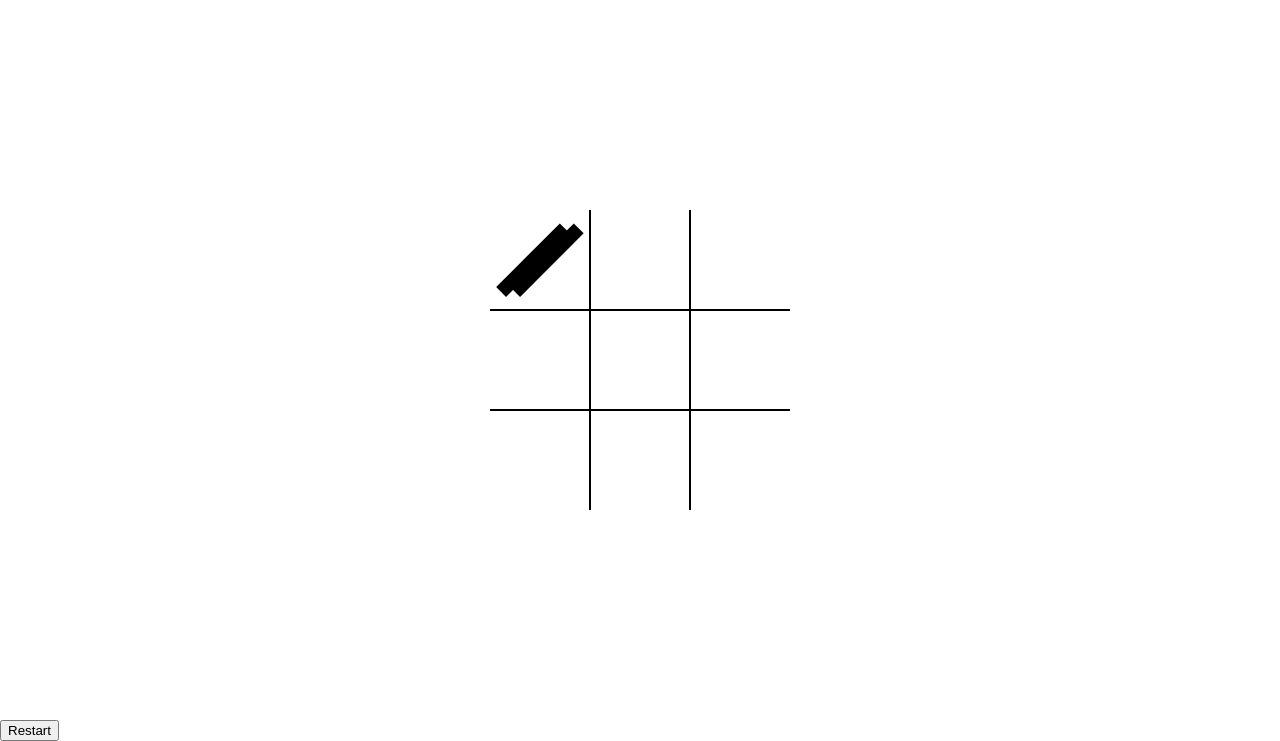
Repository: divya2/tic-toc-toe
Page: index.html
An editor plug-in stored every save of this project. The page is shown before and after the next save, followed by the edit.
The browser window is 1280 px wide. The pictures show the whole page.

Above is the page before, as saved 2020-10-29 21:08:48.
Not found: script.js

### index.html
<!DOCTYPE html>
<html lang="en">
<head>
    <meta charset="UTF-8">
    <meta name="viewport" content="width=device-width, initial-scale=1.0">
    <link rel="stylesheet" href="styles.css">
    <script src="script.js" defer></script>
    <title>Document</title>
</head>
<body>
    <div class="board" id="board">
        <div class="cell x" data-cell></div>
        <div class="cell" data-cell></div>
        <div class="cell" data-cell></div>
        <div class="cell" data-cell></div>
        <div class="cell" data-cell></div>
        <div class="cell" data-cell></div>
        <div class="cell" data-cell></div>
        <div class="cell" data-cell></div>
        <div class="cell" data-cell></div>
    </div>

    <div class="winning-message">
        <button id="restartButton">Restart</button>
    </div>
</body>
</html>

### styles.css
*, *::after, *::before {
    box-sizing: border-box;
}

:root {
    --cell-size: 100px;
    --mark-size: calc(var(--cell-size)* .9);
}
body {
    margin: 0;
}

.board {
    width: 100w;
    height: 100vh;
    display: grid;
    justify-content: center;
    align-content: center;
    justify-content: center;
    align-items: center;
    grid-template-columns: repeat(3,auto);
}

.cell {
    width: var(--cell-size);
    height: var(--cell-size);
    border: 1px solid black;
    display: flex;
    justify-content: center;
    align-items: center;
}

.cell:first-child,
.cell:nth-child(2),
.cell:nth-child(3){
    border-top: none;
}

.cell:nth-child(3n+1){
    border-left: none;
}

.cell:nth-child(3n+3){
    border-right: none;
}

.cell:last-child,
.cell:nth-child(8),
.cell:nth-child(7){
    border-bottom: none;
}

.cell.x::before,
.cell.x::after{
    content:'';
    width: calc(var(--mark-size)*.15);
    height: var(--mark-size);
    background-color: black;
}

.cell.x::after{
    transform: rotate(45deg);
}

.cell.x::before{
    transform: rotate(45deg);
}

After the next save:
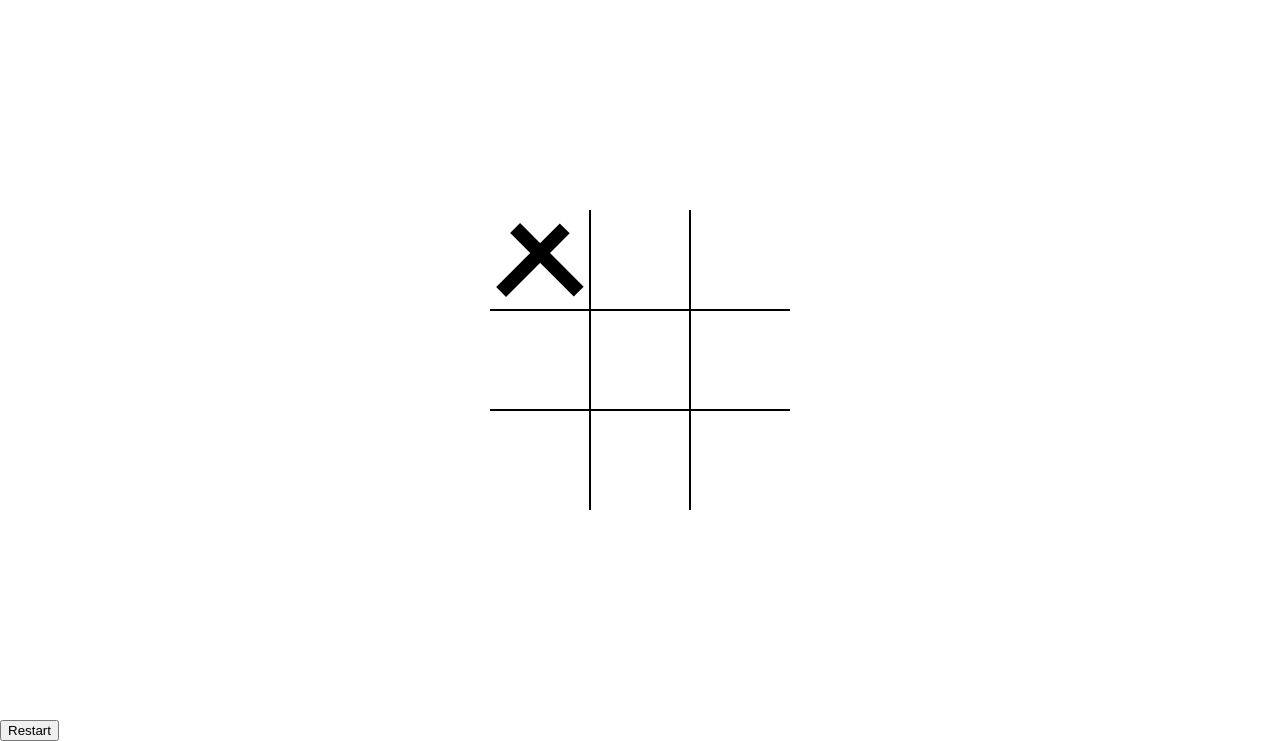
Saved 15 s later.
--- a/styles.css
+++ b/styles.css
@@ -59,7 +59,7 @@ body {
 }
 
 .cell.x::after{
-    transform: rotate(45deg);
+    transform: rotate(-45deg);
 }
 
 .cell.x::before{
